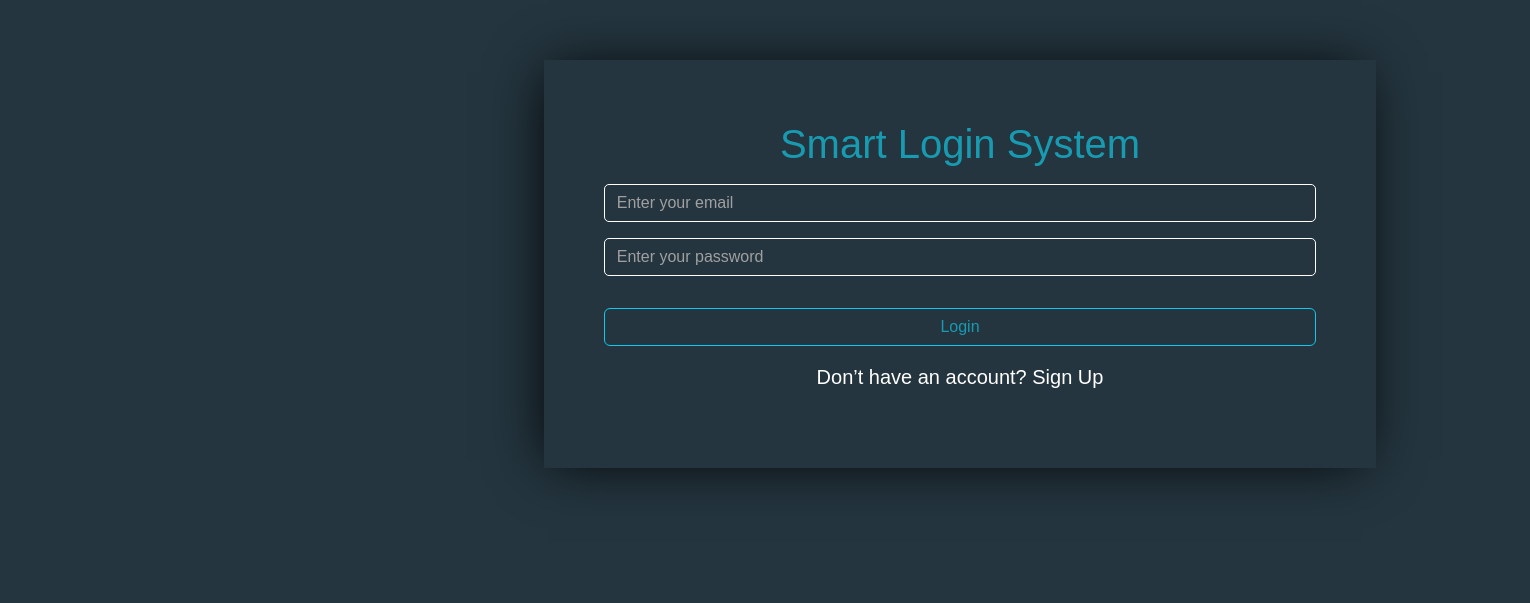
Repository: bodajava/TASK-4
Page: index.html
An editor plug-in stored every save of this project. The page is shown before and after the next save, followed by the edit.
The browser window is 1280 px wide. The page is 1530 px wide, then 1280 px, so the pictures cover 1530 px, including what lies to the right of the window. The pictures show the whole page.

Above is the page before, as saved 2025-06-19 10:18:49.

After the next save:
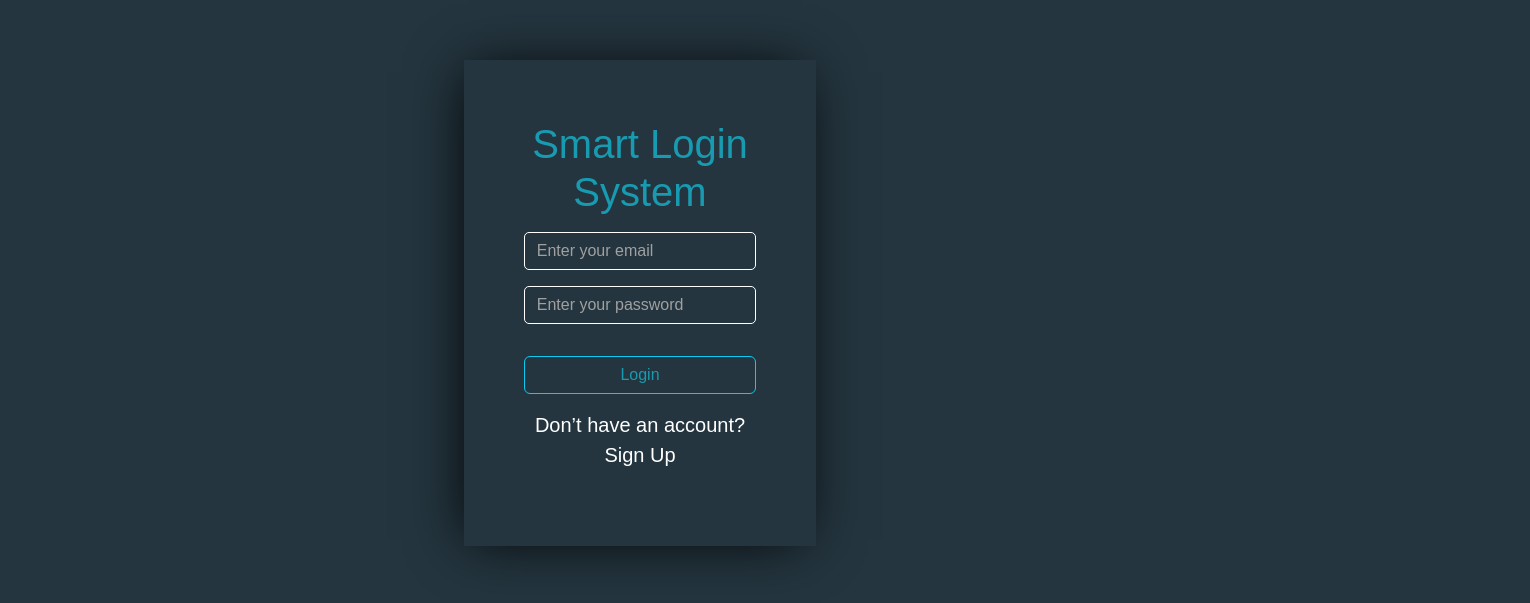
Saved 2 min 24 s later.
--- a/CSS/style.css
+++ b/CSS/style.css
@@ -6,8 +6,11 @@
 
 body {
   background-color: #24353f;
-
   font-family: Arial, sans-serif;
+  display: flex;
+  justify-content: center;
+  align-content: center;
+  align-items: center;
 }
 
 #item {
